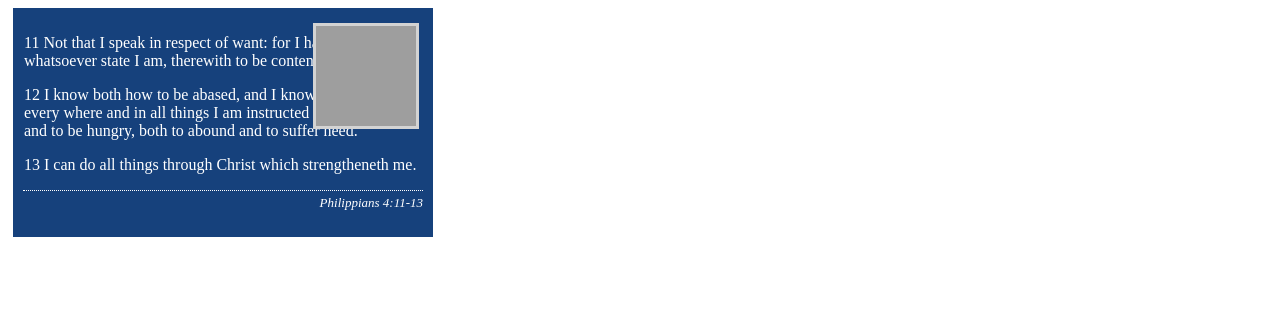
Repository: isaAJ05/wdd130
Page: week02/box-model.html
An editor plug-in stored every save of this project. The page is shown before and after the next save, followed by the edit.
The browser window is 1280 px wide. The pictures show the whole page.
Pictures or frames that could not be fetched are drawn as grey boxes.

Above is the page before, as saved 2025-05-15 01:09:33.

After the next save:
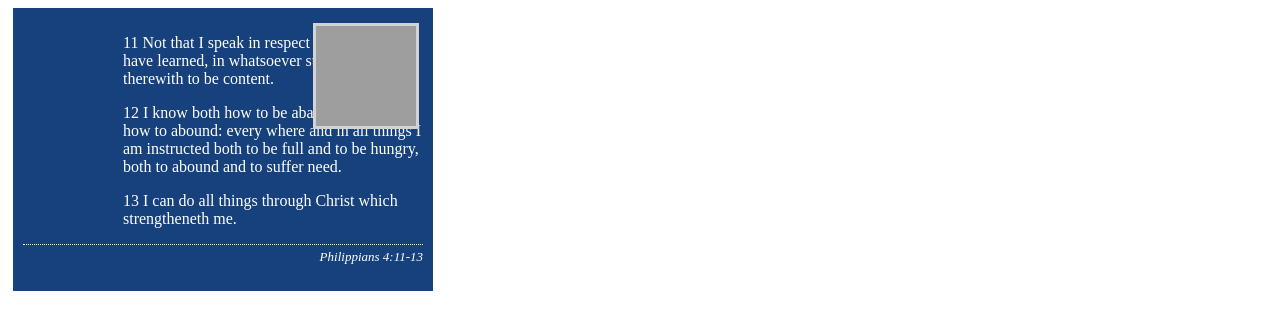
Saved 5 s later.
--- a/week02/styles/box-model.css
+++ b/week02/styles/box-model.css
@@ -18,7 +18,7 @@
 }
 
 blockquote {
-	margin: auto auto auto 1px;
+	margin: auto auto auto 100px;
 }
 
 cite {

After the save that followed:
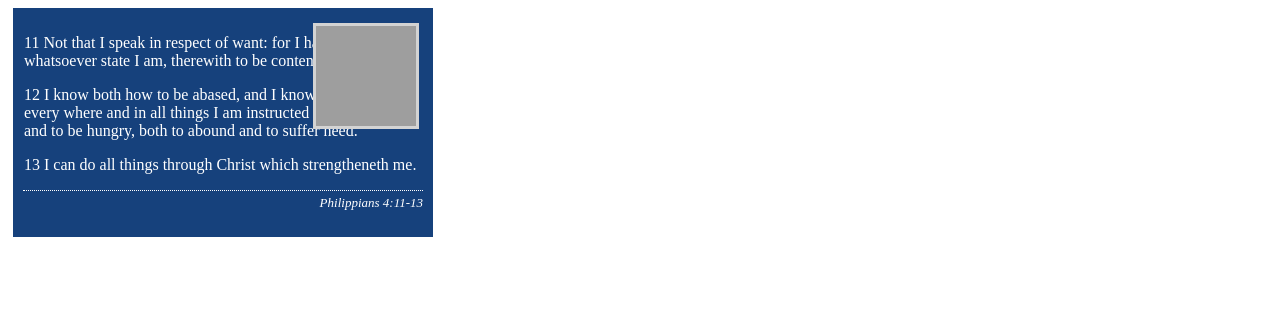
Saved 4 s later.
--- a/week02/styles/box-model.css
+++ b/week02/styles/box-model.css
@@ -18,7 +18,7 @@
 }
 
 blockquote {
-	margin: auto auto auto 100px;
+	margin: auto auto auto 1px;
 }
 
 cite {
